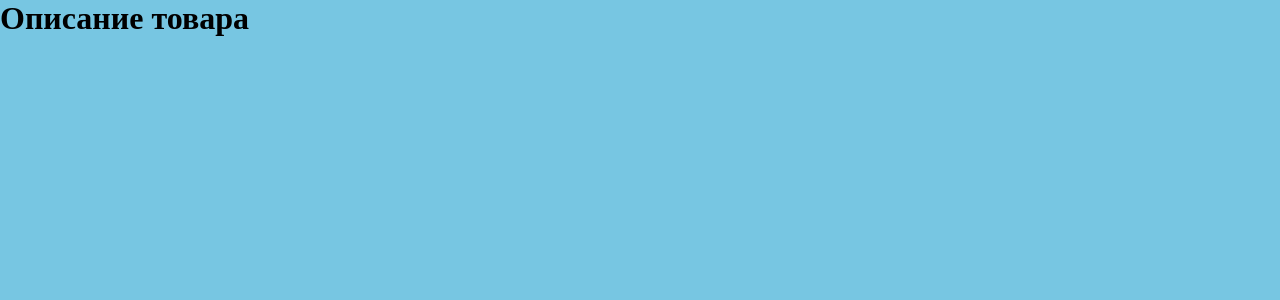
Repository: annamsklv/web
Page: seminar2_26.01/product page.html
These files come from the project's save history. The page is drawn as it stood at one moment and after the next save; the edit follows.
The browser window is 1280 px wide. The pictures show the whole page.

Above is the page before, as saved 2023-02-01 18:57:23.

After the next save:
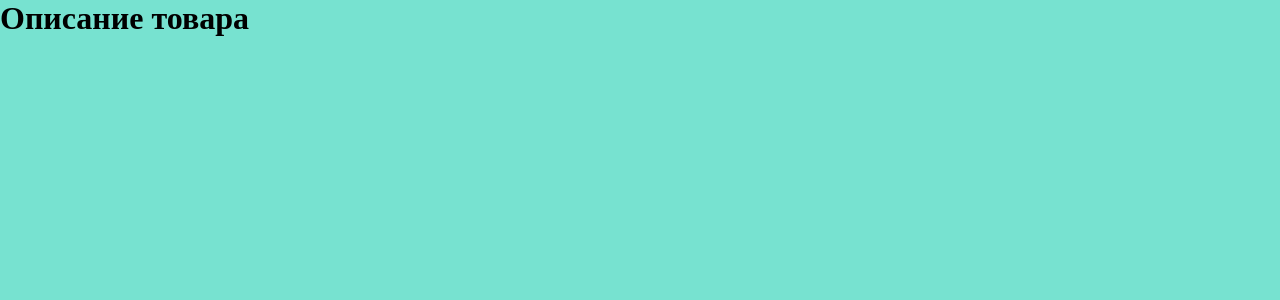
Saved 6 s later.
--- a/seminar2_26.01/product style.css
+++ b/seminar2_26.01/product style.css
@@ -4,5 +4,5 @@
 }
 
 body{
-    background-color: rgb(119, 198, 226);
+    background-color: rgb(119, 226, 208);
 }
